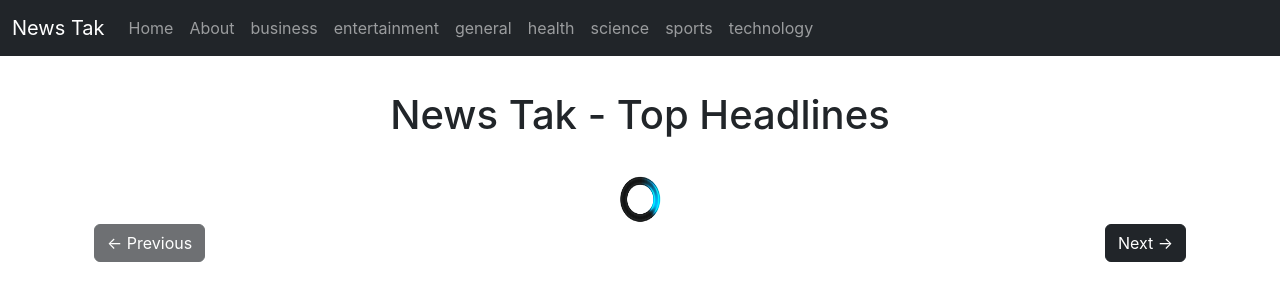
Repository: Rohit-foryou/News-website
Page: /science
An editor plug-in stored every save of this project. The page is shown before and after the next save, followed by the edit.
The browser window is 1280 px wide. The pictures show the whole page.
The page's requests for data from a server got no answer. The project was rebuilt for these pictures with package versions that can differ from the ones it lists, and the page was loaded fresh each time. No one was signed in, and anything a server would have sent is missing. Also part of the build but not shown: src/Components/NewsItem.js.

Above is the page before, as saved 2024-01-10 21:18:05.

### public/index.html
<!DOCTYPE html>
<html lang="en">
  <head>
    <meta charset="utf-8" />
    <link rel="icon" href="%PUBLIC_URL%/favicon.ico" />
    <meta name="viewport" content="width=device-width, initial-scale=1" />
    <meta name="theme-color" content="#000000" />
    <meta
      name="description"
      content="News Tak is used to see latest news fast and easy"
    />
    <link rel="apple-touch-icon" href="%PUBLIC_URL%/logo192.png" />
    <!--
      manifest.json provides metadata used when your web app is installed on a
      user's mobile device or desktop. See https://developers.google.com/web/fundamentals/web-app-manifest/
    -->
    <link rel="manifest" href="%PUBLIC_URL%/manifest.json" />
    <!--
      Notice the use of %PUBLIC_URL% in the tags above.
      It will be replaced with the URL of the `public` folder during the build.
      Only files inside the `public` folder can be referenced from the HTML.

      Unlike "/favicon.ico" or "favicon.ico", "%PUBLIC_URL%/favicon.ico" will
      work correctly both with client-side routing and a non-root public URL.
      Learn how to configure a non-root public URL by running `npm run build`.
    -->
    <title>News Tak</title>
    <link href="https://cdn.jsdelivr.net/npm/bootstrap@5.3.2/dist/css/bootstrap.min.css" rel="stylesheet" integrity="sha384-T3c6CoIi6uLrA9TneNEoa7RxnatzjcDSCmG1MXxSR1GAsXEV/Dwwykc2MPK8M2HN" crossorigin="anonymous">
  </head>
  <body>
    <noscript>You need to enable JavaScript to run this app.</noscript>
    <div id="root"></div>
    <!--
      This HTML file is a template.
      If you open it directly in the browser, you will see an empty page.

      You can add webfonts, meta tags, or analytics to this file.
      The build step will place the bundled scripts into the <body> tag.

      To begin the development, run `npm start` or `yarn start`.
      To create a production bundle, use `npm run build` or `yarn build`.
    -->
    <script src="https://cdn.jsdelivr.net/npm/bootstrap@5.3.2/dist/js/bootstrap.bundle.min.js" integrity="sha384-C6RzsynM9kWDrMNeT87bh95OGNyZPhcTNXj1NW7RuBCsyN/o0jlpcV8Qyq46cDfL" crossorigin="anonymous"></script>
  </body>
</html>

### src/App.js
import React, { Component } from 'react'
import NavBar from './Components/NavBar'
import News from './Components/News'

export class App extends Component {
  render() {
    return (
      <div>
        <NavBar/>
        <News pageSize={5} category='health'/>
      </div>
    )
  }
}

export default App

### src/Components/NavBar.js
import React, { Component } from "react";

export default class NavBar extends Component {
  render() {
    return (
      <div>
        <nav className="navbar navbar-expand-lg navbar-dark bg-dark">
          <div className="container-fluid">
            <a className="navbar-brand" href="/">
              News Tak
            </a>
            <button
              className="navbar-toggler"
              type="button"
              data-bs-toggle="collapse"
              data-bs-target="#navbarSupportedContent"
              aria-controls="navbarSupportedContent"
              aria-expanded="false"
              aria-label="Toggle navigation"
            >
              <span className="navbar-toggler-icon"></span>
            </button>
            <div
              className="collapse navbar-collapse"
              id="navbarSupportedContent"
            >
              <ul className="navbar-nav me-auto mb-2 mb-lg-0">
                <li className="nav-item">
                  <a className="nav-link" aria-current="page" href="/">
                    Home
                  </a>
                </li>
                <li className="nav-item">
                  <a className="nav-link" href="/about">
                    About
                  </a>
                </li>
                <li className="nav-item">
                  <a className="nav-link" href="/about">
                    business
                  </a>
                </li>
                <li className="nav-item">
                  <a className="nav-link" href="/about">
                    entertainment
                  </a>
                </li>
                <li className="nav-item">
                  <a className="nav-link" href="/about">
                    general
                  </a>
                </li>
                <li className="nav-item">
                  <a className="nav-link" href="/about">
                    health
                  </a>
                </li>
                <li className="nav-item">
                  <a className="nav-link" href="/about">
                    science
                  </a>
                </li>
                <li className="nav-item">
                  <a className="nav-link" href="/about">
                    sports
                  </a>
                </li>
                <li className="nav-item">
                  <a className="nav-link" href="/about">
                    technology
                  </a>
                </li>
              </ul>
            </div>
          </div>
        </nav>
      </div>
    );
  }
}

### src/Components/News.js
import React, { Component } from "react";
import NewsItem from "./NewsItem";
import Spinner from "./Spinner";
import PropTypes from 'prop-types'


export class News extends Component {

  static defaultProps = {
    country: 'in',
    pageSize: 8,
    category: 'general',
  }

  static propTypes = {
    country: PropTypes.string,
    pageSize: PropTypes.number,
    category: PropTypes.string,
  }

  constructor() {
    super();
    // console.log("hello i am constructor");
    this.state = {
      articles: [],
      loading: false,
      page: 1,
    };
  }

  async componentDidMount() {
    let url =
      `https://newsapi.org/v2/top-headlines?country=${this.props.country}&category=${this.props.category}&apiKey=fa3dbec13bb44cd2a222250b4aea8871&page=1&pageSize=${this.props.pageSize}`;
      this.setState({loading: true});
    let data = await fetch(url);
    let parsedData = await data.json();
    console.log(parsedData);
    this.setState({
        articles: parsedData.articles, totalResults: parsedData.totalResults, loading: false });
  }

  handleNextClick = async () => {
    if(!(this.state.page + 1 >Math.ceil(this.state.totalResults/this.props.pageSize))){
        let url = `https://newsapi.org/v2/top-headlines?country=${this.props.country}&category=${this.props.category}&apiKey=fa3dbec13bb44cd2a222250b4aea8871&page=${this.state.page + 1}&pageSize=${this.props.pageSize}`;

        this.setState({loading: true});
        let data = await fetch(url);
        let parsedData = await data.json();
        console.log(parsedData);

        this.setState({
          page: this.state.page + 1,
          articles: parsedData.articles,
          loading: false
        });

    }
  };


  handlePrevClick = async () => {
    let url = `https://newsapi.org/v2/top-headlines?country=${this.props.country}&category=${this.props.category}&apiKey=fa3dbec13bb44cd2a222250b4aea8871&page=${this.state.page - 1}&pageSize=${this.props.pageSize}`;

      this.setState({loading: true});
      let data = await fetch(url);
      let parsedData = await data.json();
      console.log(parsedData);

      this.setState({
        page: this.state.page - 1,
        articles: parsedData.articles,
        loading: false,
      });
  };


  render() {
    return (
      <div className="container my-3">
        <h1 className="text-center" style={{margin: '35px 0px'}}>News Tak - Top Headlines</h1>
        {this.state.loading && <Spinner/>}

        <div className="row">
          {!this.state.loading && this.state.articles.map((element) => {
            return (
              <div className="col-md-4" key={element.url}>
                <NewsItem
                  title={element.title ? element.title.slice(0, 45) : ""}
                  description={
                    element.description ? element.description.slice(0, 83) : ""
                  }
                  imgUrl={element.urlToImage}
                  newsUrl={element.url}
                />
              </div>
            );
          })}
        </div>
        <div className="container d-flex justify-content-between">
          <button
            disabled={this.state.page <= 1}
            type="button"
            className="btn btn-dark"
            onClick={this.handlePrevClick}
          >
            &larr; Previous
          </button>
          <button
            disabled={this.state.page + 1 >Math.ceil(this.state.totalResults/this.props.pageSize)}
            type="button"
            className="btn btn-dark"
            onClick={this.handleNextClick}
          >
            Next &rarr;
          </button>
        </div>
      </div>
    );
  }
}

export default News;

### src/Components/Spinner.js
import React, { Component } from 'react';
import loading from './loading.gif';

export default class Spinner extends Component {
  render() {
    return (
      <div className='text-center'>
        <img src={loading} alt="loading" style={{ width: '50px', height: '50px' }} />
      </div>
    );
  }
}

Loaded but not shown: src/index.js (common file); src/index.css (common file); src/reportWebVitals.js (common file)

After the next save:
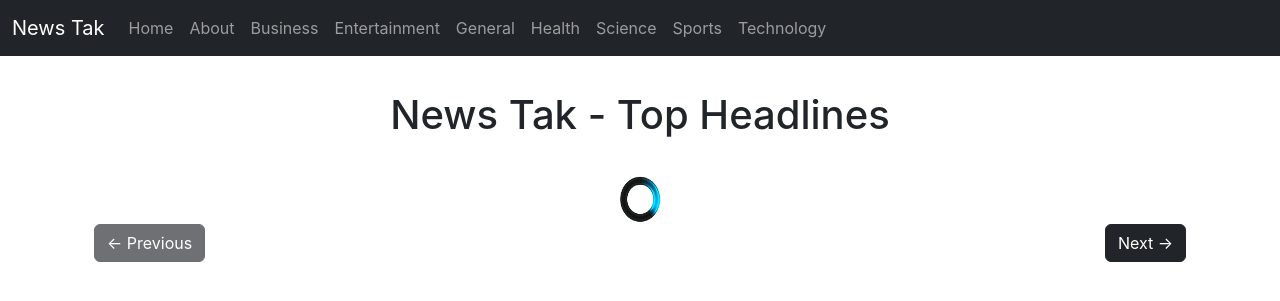
Saved 2 min 9 s later.
--- a/src/Components/NavBar.js
+++ b/src/Components/NavBar.js
@@ -37,37 +37,37 @@ export default class NavBar extends Component {
                 </li>
                 <li className="nav-item">
                   <a className="nav-link" href="/about">
-                    business
+                    Business
                   </a>
                 </li>
                 <li className="nav-item">
                   <a className="nav-link" href="/about">
-                    entertainment
+                    Entertainment
                   </a>
                 </li>
                 <li className="nav-item">
                   <a className="nav-link" href="/about">
-                    general
+                    General
                   </a>
                 </li>
                 <li className="nav-item">
                   <a className="nav-link" href="/about">
-                    health
+                    Health
                   </a>
                 </li>
                 <li className="nav-item">
                   <a className="nav-link" href="/about">
-                    science
+                    Science
                   </a>
                 </li>
                 <li className="nav-item">
                   <a className="nav-link" href="/about">
-                    sports
+                    Sports
                   </a>
                 </li>
                 <li className="nav-item">
                   <a className="nav-link" href="/about">
-                    technology
+                    Technology
                   </a>
                 </li>
               </ul>
